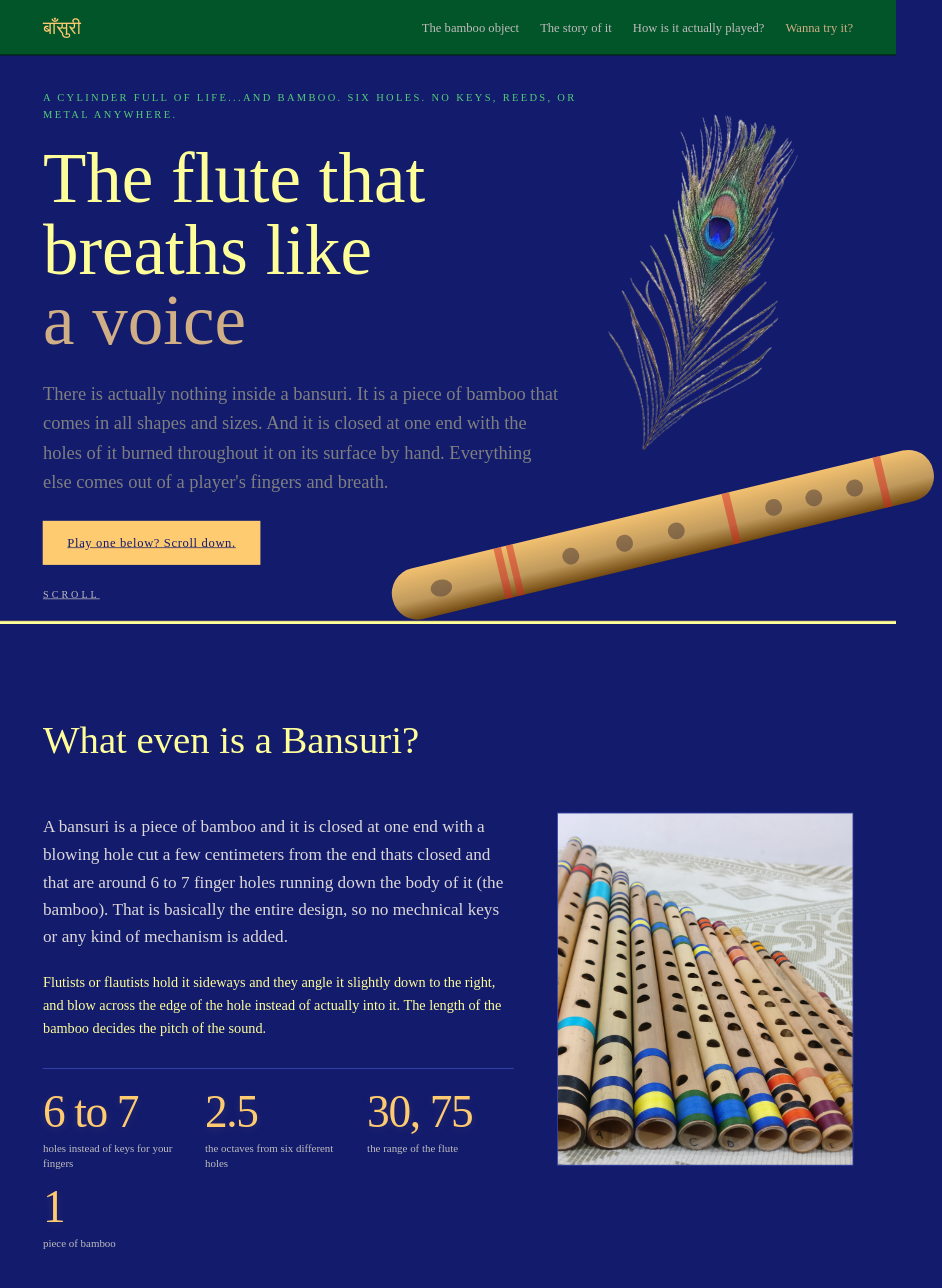
Repository: manayparikh1/Bansi
Page: index.html
An editor plug-in stored every save of this project. The page is shown before and after the next save, followed by the edit.
The browser window is 1280 px wide. The page is 1346 px wide, so the pictures cover 1346 px, including what lies to the right of the window. The pictures show the part of the page from y = 0 to 1840 px (the page is 7185 px tall before and 7214 px after), at 70% of full size.

Above is the page before, as saved 2026-10-12 11:45:08.

After the next save:
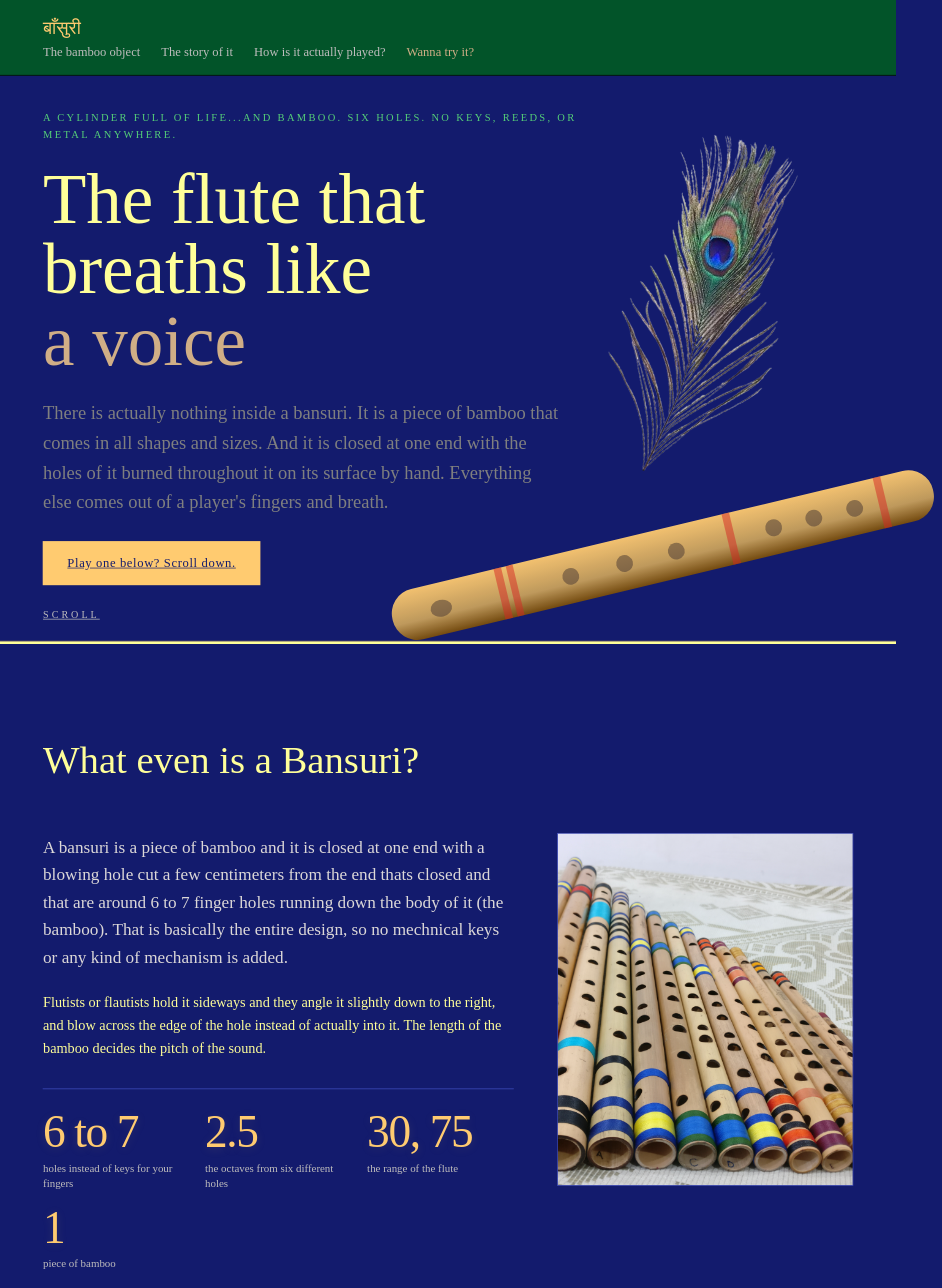
Saved 68 s later.
--- a/style.css
+++ b/style.css
@@ -74,11 +74,8 @@
 .bar {
     top: 0;
     z-index: 30;
-    display: flex;
-    justify-content: space-between;
     align-items: center;
     gap: 22px;
-    backdrop-filter: blur(8px);
     border-bottom: 1px solid #000000;
     padding: 15px var(--pad);
     background: rgba(0, 93, 31, 0.87);

After the save that followed:
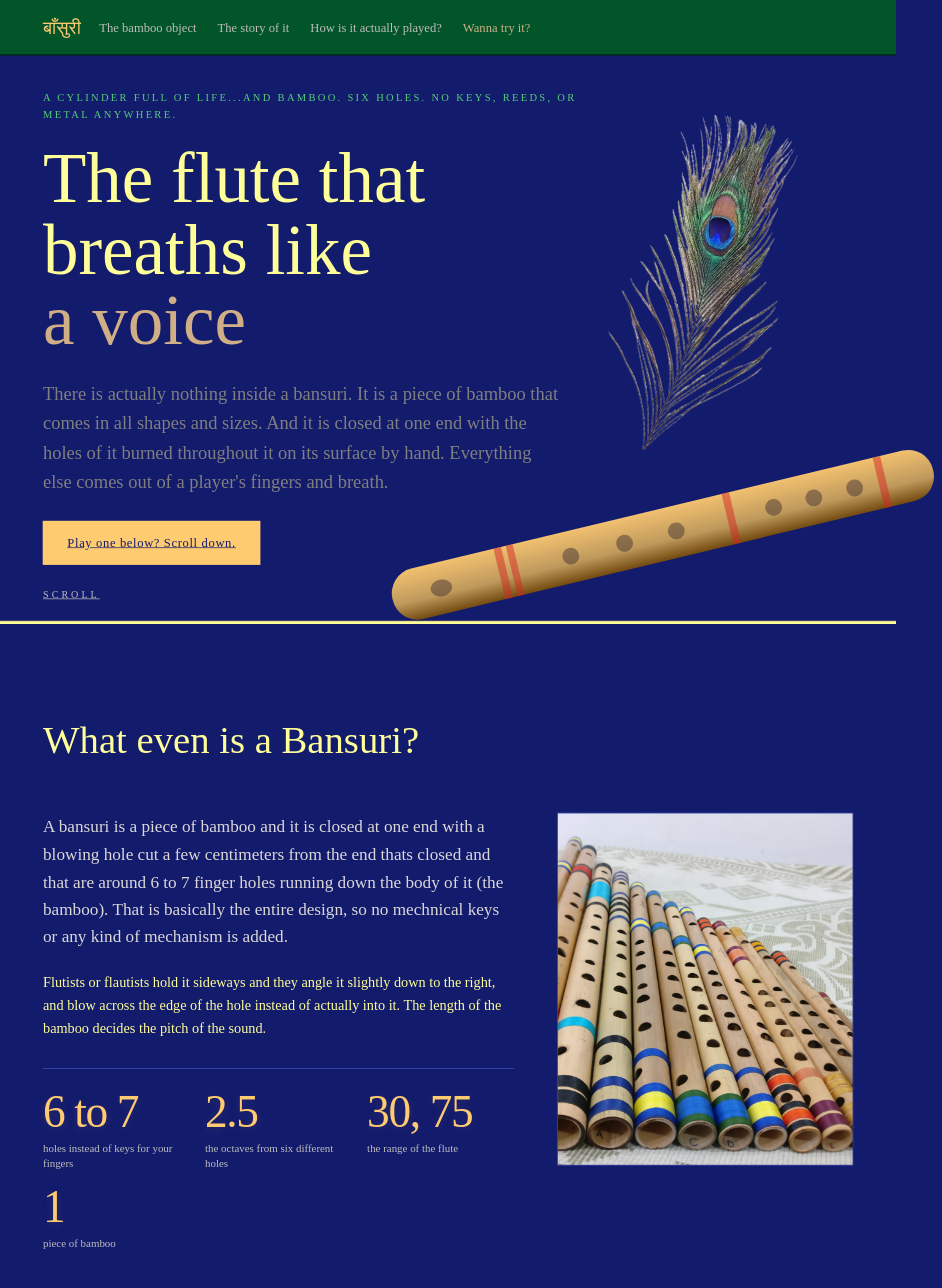
Saved 7 s later.
--- a/style.css
+++ b/style.css
@@ -74,6 +74,7 @@
 .bar {
     top: 0;
     z-index: 30;
+    display: flex;
     align-items: center;
     gap: 22px;
     border-bottom: 1px solid #000000;
